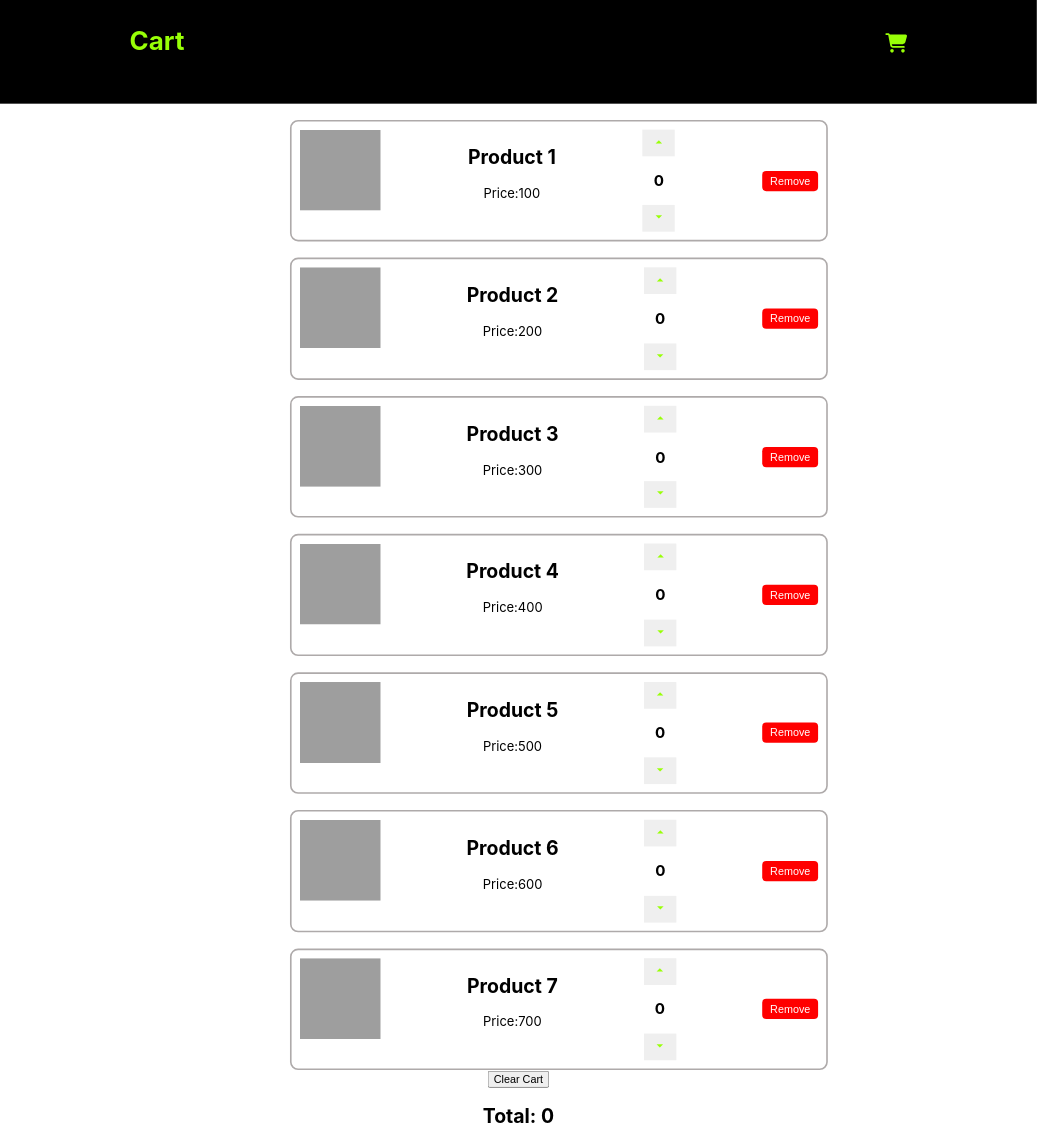
Repository: sriram1224/Cart-react-app
Page: /
An editor plug-in stored every save of this project. The page is shown before and after the next save, followed by the edit.
The browser window is 1280 px wide. The pictures show the whole page, at 81% of full size.
Pictures or frames that could not be fetched are drawn as grey boxes. The project was rebuilt for these pictures with package versions that can differ from the ones it lists, and the page was loaded fresh each time.

Above is the page before, as saved 2024-03-12 22:25:02.

After the next save:
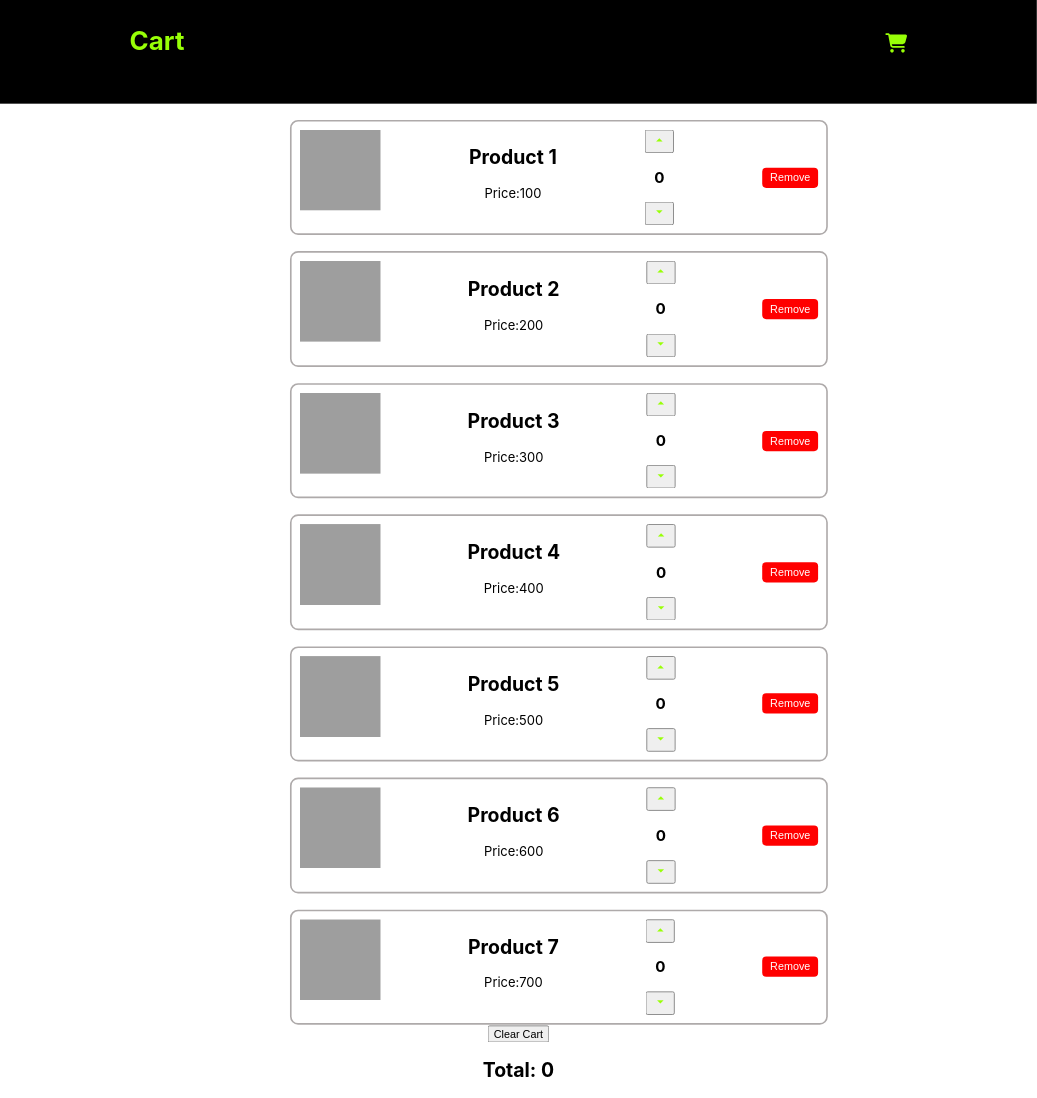
Saved 7 s later.
--- a/src/Components/cart.css
+++ b/src/Components/cart.css
@@ -36,10 +36,7 @@
 
 .button-quantity button{
 
-    border: none;
-    padding: 5px 10px;
 
-    cursor: pointer;
 }
 
 .text{
